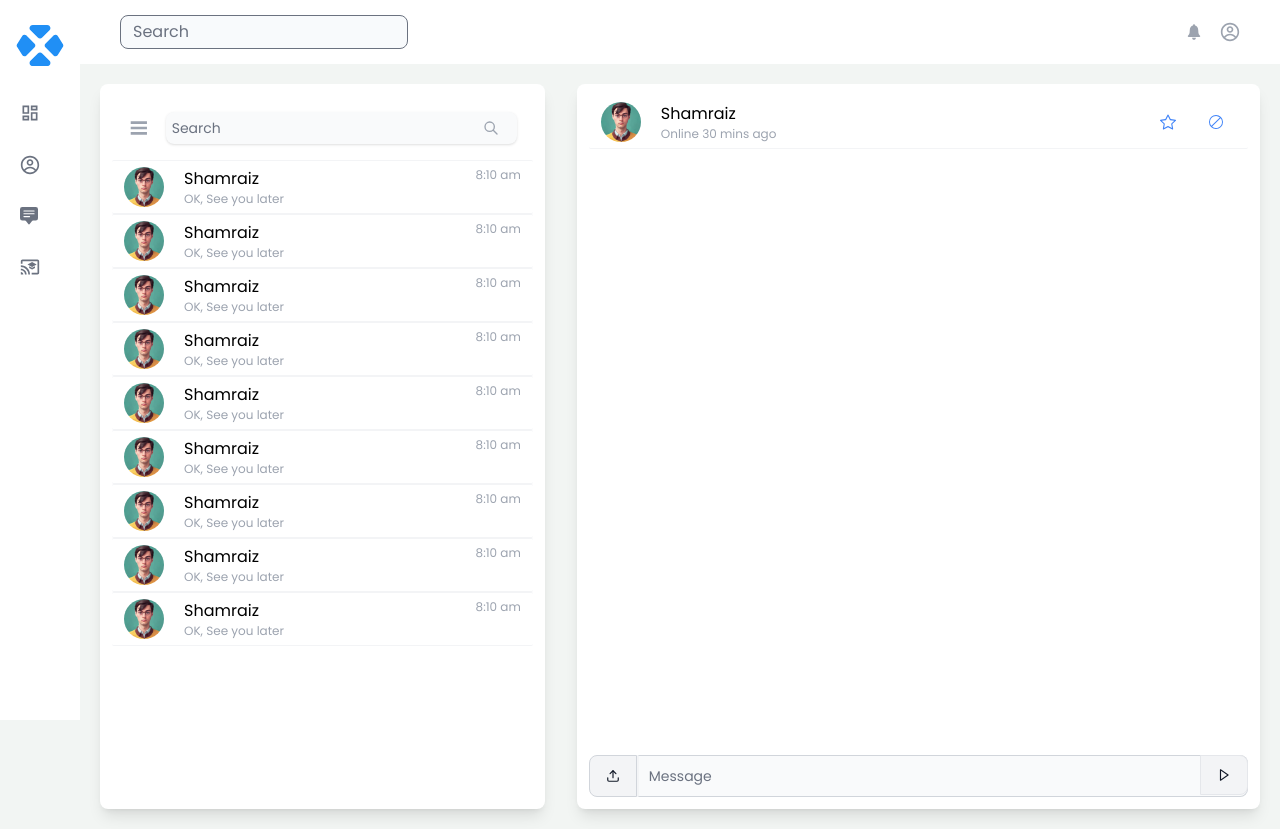
Repository: Shamraiz761/Frontend-Assessment
Page: /chat
The author's editor kept a copy of each file at every save. The page is drawn from the files as they stood at one save, then again after the next save.
The browser window is 1280 px wide. The pictures show the whole page.
The project was rebuilt for these pictures with package versions that can differ from the ones it lists, and the page was loaded fresh each time. Also part of the build but not shown: vite.config.js, src/routes/root.jsx, src/pages/orders/index.jsx, src/pages/submission/index.jsx, src/pages/admin/index.css, src/components/admin/card.jsx, src/components/admin/addCard.jsx, src/pages/admin/index.jsx and 3 more. Imported but missing from the stored project, and not drawn on this page: src/pages/auth/login, src/pages/tasks, src/routes/profileLayout.

Above is the page before, as saved 2023-06-16 11:46:08.

### src/main.jsx
import ReactDOM from 'react-dom/client'

import React from 'react'

import App from './App.jsx'
import './index.css'

ReactDOM.createRoot(document.getElementById('root')).render(
  <React.StrictMode>
    <App />
  </React.StrictMode>,
)

### src/App.jsx
import React from 'react'
import { DndProvider } from 'react-dnd'
import { HTML5Backend } from 'react-dnd-html5-backend'
import 'flowbite'

import AppRoutes from './routes'

export default function App() {
  return (
    <DndProvider backend={HTML5Backend}>
      <AppRoutes />
    </DndProvider>
  )
}

### src/index.css
@import url("https://fonts.googleapis.com/css2?family=Poppins:wght@400;500;600;700;800;900&display=swap");

@tailwind base;
@tailwind components;
@tailwind utilities;

* {
  margin: 0;
  padding: 0;
}

body {
  margin: 0;
  font-family: "Poppins", -apple-system, BlinkMacSystemFont, "Segoe UI",
    "Roboto", "Oxygen", "Ubuntu", "Cantarell", "Fira Sans", "Droid Sans",
    "Helvetica Neue", sans-serif;
  -webkit-font-smoothing: antialiased;
  -moz-osx-font-smoothing: grayscale;
  width: 100vw;
  overflow-x: hidden;
  background-color: #f2f5f3;
  /* background: linear-gradient(180deg, #faefe8 0%, #edc7ac 100%); */
}

code {
  font-family: source-code-pro, Menlo, Monaco, Consolas, "Courier New",
    monospace;
}

.pointer-cursor {
  cursor: pointer;
}

.cusBorder {
  border: 1px solid #000;
  border-radius: 5px;
}

img {
  cursor: pointer;
}
.errors {
  color: #dc3545;
  padding: 0;
  margin: 0;
  font-size: 12px;
}
.loader {
  position: fixed;
  top: 0;
  bottom: 0;
  left: 0;
  right: 0;
  background-color: rgba(47, 151, 161, 0.32);

  display: flex;
  justify-content: center;
  align-items: center;
}

.link {
  color: #000;
  cursor: pointer;
  text-decoration: none;
}
.link:hover {
  color: #000;
}

.trans-btn {
  background-color: transparent;
  border: none;
}
.profile-logout-btn {
  border: 0;
}
.profile-logout-btn:hover {
  border: 0;
}
.profile-btn {
  border-radius: 0;
  border: 0;
}
.logout-btn {
  border-radius: 0;
  border: 0;
}
.logout-btn:hover {
  background-color: rgba(220, 53, 69, 0.5);
  border: 0;
  color: #fff;
}
.breadcrumbs ul {
  list-style: none;
  display: inline-block;
}

.breadcrumbs ul li {
  display: inline;
}

.breadcrumbs ul li .bc-link {
  /* display: block; */
  width: max-content;
  background-color: #f8f9fa;
  padding: 6px 15px 6px 25px;
  text-align: center;
  position: relative;
  margin: 0 10px 0 0;
  font-size: 15px;
  text-decoration: none;
  color: #000;
}
.breadcrumbs ul li .bc-link::after {
  content: "";
  border-top: 17px solid transparent;
  border-bottom: 17px solid transparent;
  border-left: 17px solid #f8f9fa;
  position: absolute;
  top: 0;
  right: -17px;
  z-index: 1;
}
.breadcrumbs ul li .bc-link::before {
  content: "";
  border-top: 17px solid transparent;
  border-bottom: 17px solid transparent;
  border-left: 17px solid #71cdd5;
  position: absolute;
  top: 0;
  left: 0;
}
.breadcrumbs ul li:first-child .bc-link {
  border-top-left-radius: 5px;
  border-bottom-left-radius: 5px;
}
.breadcrumbs ul li:first-child .bc-link::before {
  display: none;
}

.breadcrumbs ul li:last-child .bc-link {
  padding-right: 20px;
  border-top-right-radius: 5px;
  border-bottom-right-radius: 5px;
}
.breadcrumbs ul li:last-child .bc-link::after {
  display: none;
}

@media screen and (max-width: 500px) {
  .breadcrumbs ul li .bc-link {
    /* display: block; */
    padding: 2px 2px 2px 13px;
    /* margin: 0 10px 0 0; */
    font-size: 14px;
  }

  .breadcrumbs ul li .bc-link::after {
    content: "";
    border-top: 11.6px solid transparent;
    border-bottom: 11.6px solid transparent;
    border-left: 11.6px solid #f8f9fa;
    position: absolute;
    top: 0;
    right: -11.6px;
    z-index: 1;
  }
  .breadcrumbs ul li .bc-link::before {
    content: "";
    border-top: 11.6px solid transparent;
    border-bottom: 11.6px solid transparent;
    border-left: 11.6px solid #71cdd5;
    position: absolute;
    top: 0;
    left: 0;
  }
  .breadcrumbs ul li:last-child .bc-link {
    padding-right: 5px;
  }
}

@media screen and (max-width: 350px) {
  .breadcrumbs ul li .bc-link {
    /* display: block; */
    padding: 2px 2px 2px 12px;
    /* margin: 0 10px 0 0; */
    font-size: 10px;
  }

  .breadcrumbs ul li .bc-link::after {
    content: "";
    border-top: 9px solid transparent;
    border-bottom: 9px solid transparent;
    border-left: 9px solid #f8f9fa;
    position: absolute;
    top: 0;
    right: -9px;
    z-index: 1;
  }
  .breadcrumbs ul li .bc-link::before {
    content: "";
    border-top: 9px solid transparent;
    border-bottom: 9px solid transparent;
    border-left: 9px solid #edc7ac;
    position: absolute;
    top: 0;
    left: 0;
  }
  .breadcrumbs ul li:last-child .bc-link {
    padding-right: 5px;
  }
}

/* ********************************************** */

### src/routes/index.jsx
import {
  createBrowserRouter,
  createRoutesFromElements,
  RouterProvider,
  Route,
} from "react-router-dom";

import * as React from "react";

import Layout from "./layout";
import Root from "./root";

import Login from "../pages/auth/login";
import Chat from "../pages/chat";
import UserChat from "../components/chat/userChat";
import ProfileLayout from "./profileLayout";
import Tasks from "../pages/tasks";
import Orders from "../pages/orders";
import Submission from "../pages/submission";
import Admin from "../pages/admin";
import MarketPlace from "../pages/marketplace";
import View from "../pages/view";

export default function AppRoutes() {
  const router = createBrowserRouter(
    createRoutesFromElements(
      <Route>
        <Route path="/login" element={<Login />} />

        <Route element={<Layout />}>
          <Route path="/chat" element={<Chat />}>
            <Route path="userchat" element={<UserChat />} />
          </Route>
          <Route path="/marketplace" element={<MarketPlace />} />
          <Route path="/view" element={<View />} />

          <Route path={"/"} element={<ProfileLayout />}>
            {/* Add Task order payment submit route here */}
            <Route path="/admin" element={<Admin />} />
            <Route path="/" element={<Tasks />} />
            <Route path="/orders" element={<Orders />} />
            <Route path="/tasks" element={<Tasks />} />
            <Route path="/submission" element={<Submission />} />
          </Route>
        </Route>
      </Route>
    )
  );

  return <RouterProvider router={router} />;
}

### src/routes/layout.jsx
import { Link, Outlet, useNavigate } from "react-router-dom";
import { Gi3DGlasses } from "react-icons/gi";
import { CgProfile } from "react-icons/cg";
import { BsArrowLeft, BsFillChatSquareTextFill } from "react-icons/bs";
import { MdOutlineDashboard, MdOutlineCastForEducation } from "react-icons/md";
import "./index.css";

import React, { useState } from "react";
import Header from "../components/header/index";

export default function Layout() {
  const [open, setOpen] = useState(false);
  const [type, setType] = useState(false);
  const navigate = useNavigate();
  return (
    <div>
      <div
        className={`h-screen bg-white p-3 ${
          open ? "w-56" : "w-20"
        } fixed top-0 sidebar z-50`}
      >
        <div className="flex flex-row justify-center">
          <svg
            width="67"
            height="67"
            viewBox="0 0 67 67"
            fill="none"
            xmlns="http://www.w3.org/2000/svg"
            className={` text-4xl block float-left cursor-pointer rounded transition duration-500 ${
              !open && "rotate-[360deg]"
            }`}
            onClick={() => {
              setOpen(!open);
              setType(false);
            }}
          >
            <path
              d="M22.138 15.2984L30.8759 24.0363C32.3276 25.488 34.7005 25.488 36.1522 24.0363L44.8901 15.2984C47.2351 12.9534 45.588 8.90552 42.238 8.90552H24.7622C21.4401 8.90552 19.7651 12.9534 22.138 15.2984Z"
              fill="#208FF5"
            />
            <path
              d="M22.138 51.7017L30.8759 42.9637C32.3276 41.5121 34.7005 41.5121 36.1522 42.9637L44.8901 51.7017C47.2351 54.0467 45.588 58.0946 42.238 58.0946H24.7622C21.4401 58.0946 19.7651 54.0467 22.138 51.7017Z"
              fill="#208FF5"
            />
            <path
              d="M6.03002 31.9088L12.423 21.8588C13.428 20.2676 15.6614 20.0163 17.0014 21.3563L27.0514 31.4063C28.1959 32.5509 28.1959 34.4213 27.0514 35.5659L17.0014 45.6159C15.6614 46.9559 13.456 46.7047 12.423 45.1134L6.03002 35.0634C5.44377 34.1142 5.44377 32.8859 6.03002 31.9088Z"
              fill="#208FF5"
            />
            <path
              d="M60.9701 31.9088L54.5771 21.8588C53.5721 20.2676 51.3387 20.0163 49.9987 21.3563L39.9488 31.4063C38.8042 32.5509 38.8042 34.4213 39.9488 35.5659L49.9987 45.6159C51.3387 46.9559 53.5442 46.7047 54.5771 45.1134L60.9701 35.0634C61.5563 34.1142 61.5563 32.8859 60.9701 31.9088Z"
              fill="#208FF5"
            />
          </svg>
        </div>

        {/* Search */}

        <ul className="pt-2">
          {/* Dashboard */}
          <Link
            to="/marketplace"
            className={` rounded-md text-gray-500  text-xs flex items-center gap-x-4 cursor-pointer hover:bg-gray-50 hover:text-blue-500 py-4 p-2`}
          >
            <span className="text-xl block float-left">
              <MdOutlineDashboard />
            </span>
            <span
              className={` text-sm font-md flex-1 hidden-link ${
                !open && "hidden"
              }`}
            >
              Marketplace
            </span>
          </Link>

          <Link
            className={` rounded-md text-gray-500  text-xs flex items-center gap-x-4 cursor-pointer hover:bg-gray-50 hover:text-blue-500 py-4 p-2`}
            to="/"
          >
            <span className="text-xl block float-left">
              <CgProfile />
            </span>
            <span
              className={` text-xs font-md flex-1 hidden-link ${
                !open && "hidden"
              }`}
            >
              Profile
            </span>
          </Link>

          {/* Lens */}
          <Link
            className={` rounded-md text-gray-500  text-xs flex items-center gap-x-4 cursor-pointer hover:bg-gray-50 hover:text-blue-500 py-4 p-2`}
            to="/chat"
          >
            <span className="text-lg block float-left">
              <BsFillChatSquareTextFill />
            </span>
            <span
              className={` text-xs font-md flex-1  hidden-link ${
                !open && "hidden"
              }`}
            >
              Chat
            </span>
          </Link>

          {/* Orders */}
          <Link
            className={` rounded-md text-gray-500  text-xs flex items-center gap-x-4 cursor-pointer hover:bg-gray-50 hover:text-blue-500 py-4 p-2`}
            to="/education"
          >
            <span className="text-xl block float-left">
              <MdOutlineCastForEducation />
            </span>
            <span
              className={` text-xs font-md flex-1  hidden-link ${
                !open && "hidden"
              }`}
            >
              Education
            </span>
          </Link>
        </ul>
      </div>
      <div className={`${open ? "ml-56" : "ml-20"}`}>
        <Header />
        <Outlet />
      </div>
    </div>
  );
}

### src/pages/chat/index.jsx
import { VscThreeBars } from "react-icons/vsc";

import React from "react";

import UserChat from "../../components/chat/userChat";
import ChatsCard from "../../components/chat/chatsCard";

function Chat() {
  return (
    <div className="m-5 grid grid-cols-1 md:grid-cols-5  gap-8 flex-wrap">
      <div className="col-span-1 md:col-span-2 p-3 bg-white rounded-lg shadow-lg min-h-screen">
        <form className="m-4">
          <div className="flex items-center">
            <VscThreeBars className=" mr-4   rounded-lg text-gray-400 cursor-pointer text-2xl" />
            <div className="relative w-full  ">
              <input
                type="search"
                id='location-search"'
                className=" p-1.5 w-full focus:ring-gray-300  z-20 text-sm text-gray-200 bg-gray-50 shadow rounded-lg"
                placeholder="Search"
                required
                style={{ border: "none", outline: "none" }}
              />

              <button
                type="submit"
                className="absolute top-0 right-0 p-1.5 text-sm font-medium text-gray-400  rounded-r-lg   "
              >
                <svg
                  aria-hidden="true"
                  className="w-4 h-4 mr-3 mt-0.5"
                  fill="none"
                  stroke="currentColor"
                  viewBox="0 0 24 24"
                  xmlns="http://www.w3.org/2000/svg"
                >
                  <path
                    strokeLinecap="round"
                    strokeLinejoin="round"
                    strokeWidth={2}
                    d="M21 21l-6-6m2-5a7 7 0 11-14 0 7 7 0 0114 0z"
                  />
                </svg>
                <span className="sr-only">Search</span>
              </button>
            </div>
          </div>
        </form>
        <ChatsCard />
        <ChatsCard />
        <ChatsCard />
        <ChatsCard />
        <ChatsCard />
        <ChatsCard />
        <ChatsCard />
        <ChatsCard />
        <ChatsCard />
      </div>

      <UserChat />
    </div>
  );
}

export default Chat;

### src/components/chat/userChat.jsx
import { VscCircleSlash } from "react-icons/vsc";
import { BsStar } from "react-icons/bs";
import { FiUpload } from "react-icons/fi";
import { BiRightArrow } from "react-icons/bi";

import React from "react";

import Profile from "../../assets/images/profilePic.jpg";

function UserChat() {
  return (
    <div className="col-span-1 md:col-span-3 p-3  bg-white rounded-lg shadow-lg overflow-y">
      {" "}
      <div className="flex flex-row  px-3 py-1.5  border-b border-gray-100 rounded-sm ">
        <img src={Profile} className="h-10 w-10 rounded-full" />
        <div className="ml-5 flex flex-row justify-between w-full ">
          <div>
            {" "}
            <h1>Shamraiz</h1>{" "}
            <p className="text-xs font-thin text-gray-400">
              Online 30 mins ago
            </p>
          </div>
          <div className="flex flex-row items-center">
            <BsStar className="text-blue-500 mr-8" />
            <VscCircleSlash className="text-blue-500 mr-3" />
          </div>
        </div>
      </div>
      <div className="flex flex-col  justify-end " style={{ height: "90vh" }}>
        <form className="w-full ">
          <div className="flex">
            <button
              id="dropdown-button"
              data-dropdown-toggle="dropdown"
              className="flex-shrink-0 z-10 inline-flex items-center py-2.5 px-4 text-sm font-medium text-center text-gray-900 bg-gray-100 border border-gray-300 dark:border-gray-700 dark:text-white rounded-l-lg hover:bg-gray-200  focus:outline-none "
              type="button"
            >
              <FiUpload />
            </button>
            <div
              id="dropdown"
              className="z-10 hidden bg-white divide-y divide-gray-100 rounded-lg shadow w-44 dark:bg-gray-700"
            >
              <ul
                className="py-2 text-sm text-gray-700 dark:text-gray-200"
                aria-labelledby="dropdown-button"
              >
                <li>
                  <a
                    href="#"
                    className="block px-4 py-2 hover:bg-gray-100 dark:hover:bg-gray-600 dark:hover:text-white"
                  >
                    Photo
                  </a>
                </li>
                <li>
                  <a
                    href="#"
                    className="block px-4 py-2 hover:bg-gray-100 dark:hover:bg-gray-600 dark:hover:text-white"
                  >
                    Vedio
                  </a>
                </li>
                <li>
                  <a
                    href="#"
                    className="block px-4 py-2 hover:bg-gray-100 dark:hover:bg-gray-600 dark:hover:text-white"
                  >
                    Document
                  </a>
                </li>
                <li>
                  <a
                    href="#"
                    className="block px-4 py-2 hover:bg-gray-100 dark:hover:bg-gray-600 dark:hover:text-white"
                  >
                    Finance
                  </a>
                </li>
              </ul>
            </div>
            <div className="relative w-full">
              <input
                type="search"
                id="search-dropdown"
                className="block p-2.5 w-full z-20 text-sm text-gray-900 bg-gray-50 rounded-r-lg border-l-gray-100 border-l-2 border border-gray-300 focus:ring-blue-500 focus:border-blue-500 dark:bg-gray-700 dark:border-gray-600 dark:placeholder-gray-400 dark:text-white dark:focus:border-blue-500"
                placeholder="Message"
              />
              <button
                type="submit"
                className="absolute top-0 right-0 z-10 py-3 px-4 text-sm font-medium text-gray-900 bg-gray-100 rounded-r-lg border "
              >
                <BiRightArrow />
              </button>
            </div>
          </div>
        </form>
      </div>
    </div>
  );
}

export default UserChat;

### src/routes/index.css
.sidebar {
    transition: all 0.2s ease-in;
}
.hidden-link {
    transition: all 1s ease-in;
}

### src/components/header/index.jsx
import { IoIosNotifications } from "react-icons/io";

import React from "react";
import { CgProfile } from "react-icons/cg";

function Header() {
  return (
    <div>
      {/* component */}
      <nav className=" bg-white w-full flex relative justify-between items-center mx-auto px-8 py-4 h-16">
        {/* search bar */}
        <div className="hidden sm:block flex-shrink flex-grow-0 justify-start px-2">
          <div className="inline-block">
            <div className="inline-flex items-center max-w-full">
              <input
                className="flex items-center text-gray-400 bg-slate-50 justify-between  flex-grow-0  relative w-72 border rounded-lg  py-1"
                type="search"
                placeholder="Search"
              />

              <div className="flex items-center justify-center relative  h-8 w-24 rounded-full"></div>
            </div>
          </div>
        </div>

        <div className="flex-initial">
          <div className="flex justify-end items-center relative">
            <div className="block">
              <div className="inline relative sm:flex sm:flex-row sm:justify-center">
                <button
                  type="button"
                  className="inline-flex items-center relative px-2  rounded-full hover:shadow-lg"
                >
                  <IoIosNotifications className="text-gray-400 text-xl" />
                </button>
                <button
                  type="button"
                  className="inline-flex items-center relative px-2  rounded-full hover:shadow-lg"
                >
                  <CgProfile className="text-gray-400 text-xl" />
                </button>
              </div>
            </div>
          </div>
        </div>
        {/* end login */}
      </nav>
    </div>
  );
}

export default Header;

### src/components/chat/chatsCard.jsx
import React from "react";

import Profile from "../../assets/images/profilePic.jpg";

function ChatsCard() {
  return (
    <div className="flex flex-row px-3 py-1.5  border-y border-gray-100 rounded-sm hover:bg-blue-200">
      <img src={Profile} className="h-10 w-10 rounded-full" />
      <div className="ml-5 flex flex-row justify-between w-full ">
        <div>
          {" "}
          <h1>Shamraiz</h1>{" "}
          <p className="text-xs font-thin text-gray-400">OK, See you later</p>
        </div>
        <p className="text-xs font-thin text-gray-400">8:10 am</p>
      </div>
    </div>
  );
}

export default ChatsCard;

### tailwind.config.cjs
const colors = require('tailwindcss/colors');
const defaultTheme = require('tailwindcss/defaultTheme');

module.exports = {
  content: ['./src/**/*.{js,jsx,ts,tsx}', "node_modules/flowbite/**/*.js"],
  theme: {
    extend: {
      colors: {
        // set primary color from figma
        // primary: {
        // },
      },
      fontFamily: {
        poppins: ['Poppins', ...defaultTheme.fontFamily.sans],
      },
      fontSize: {
        xxs: '0.5rem',
      },
    },
  },
  plugins: [
    require('flowbite/plugin')
  ],

};

Loaded but not shown: index.html (common file)

After the next save:
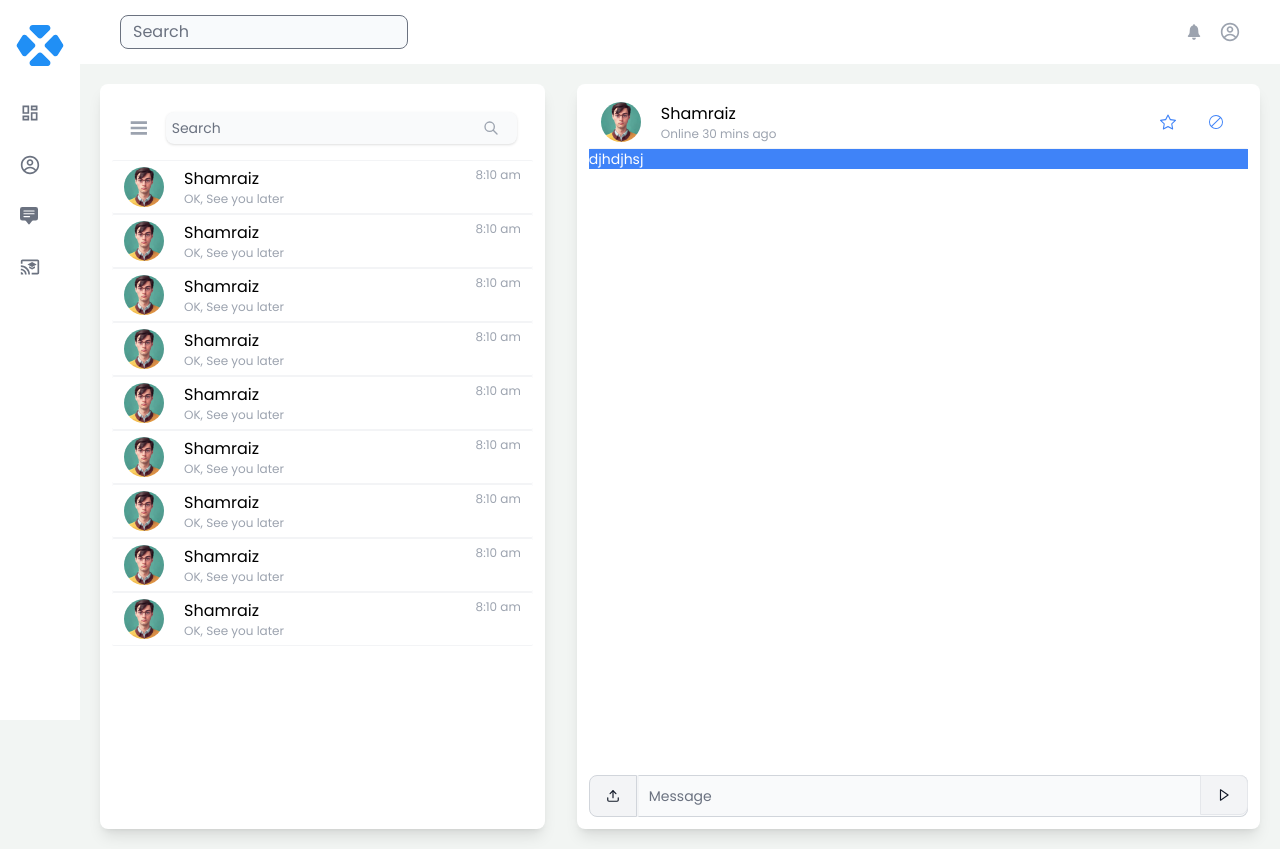
Saved 3 min 23 s later.
--- a/src/components/chat/userChat.jsx
+++ b/src/components/chat/userChat.jsx
@@ -26,6 +26,11 @@ function UserChat() {
             <VscCircleSlash className="text-blue-500 mr-3" />
           </div>
         </div>
+      </div>
+      <div className="chats ">
+        <p className="text-sm bg-blue-500 text-white flex flex-col  justify-end">
+          djhdjhsj
+        </p>
       </div>
       <div className="flex flex-col  justify-end " style={{ height: "90vh" }}>
         <form className="w-full ">
